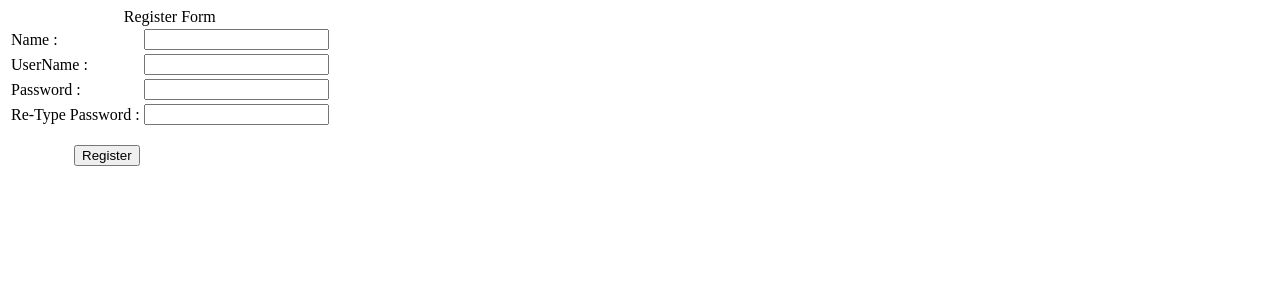
Repository: ShegokarSneha/Login-Registration
Page: http://localhost/LoginRegistration/Register.jsp
These files come from the project's save history. The page is drawn as it stood at one moment and after the next save; the edit follows.
The browser window is 1280 px wide. The pictures show the whole page.
The page is served by Tomcat 9. Other server files are loaded and not shown.

Above is the page before, as saved 2019-07-08 13:08:14.

### LoginRegistration/WebContent/Register.jsp
<%@ page language="java" contentType="text/html; charset=UTF-8"
    pageEncoding="UTF-8"%>
<!DOCTYPE html>
<html>
<head>
<meta charset="UTF-8">
<title>Insert title here</title>
</head>
<body>

<form action="Login Register">
<table>
<caption>Register Form</caption>
<tr><td>Name :</td><td><input type = "text" name = "name"></td>
<tr><td>UserName :</td><td><input type = "text" name = "username"></td>
<tr><td>Password :</td><td><input type = "password" name = "password"></td>
<tr><td>Re-Type Password :</td><td><input type = "password" name = "password"></td>
<tr><td><p align = "right"><input type = "Submit" name = "Submit" value = "Register"></p></td>
</table>
</form>

</body>
</html>

After the next save:
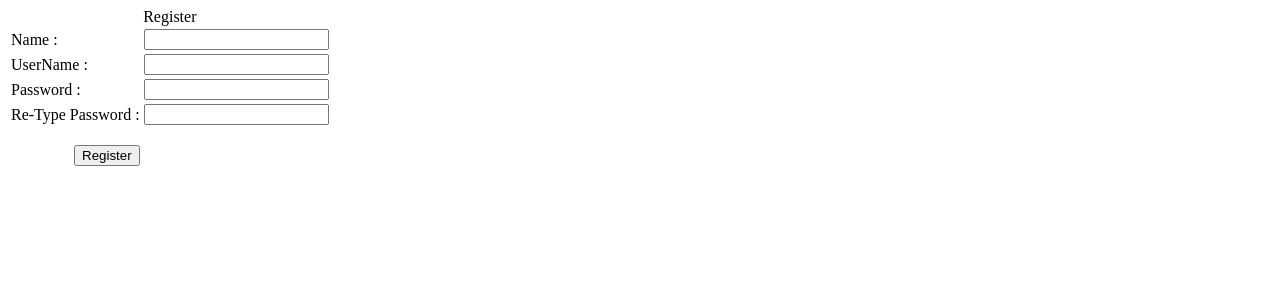
Saved 4 min 5 s later.
--- a/LoginRegistration/WebContent/Register.jsp
+++ b/LoginRegistration/WebContent/Register.jsp
@@ -8,9 +8,9 @@
 </head>
 <body>
 
-<form action="Login Register">
+<form action="Registration">
 <table>
-<caption>Register Form</caption>
+<caption>Register</caption>
 <tr><td>Name :</td><td><input type = "text" name = "name"></td>
 <tr><td>UserName :</td><td><input type = "text" name = "username"></td>
 <tr><td>Password :</td><td><input type = "password" name = "password"></td>
